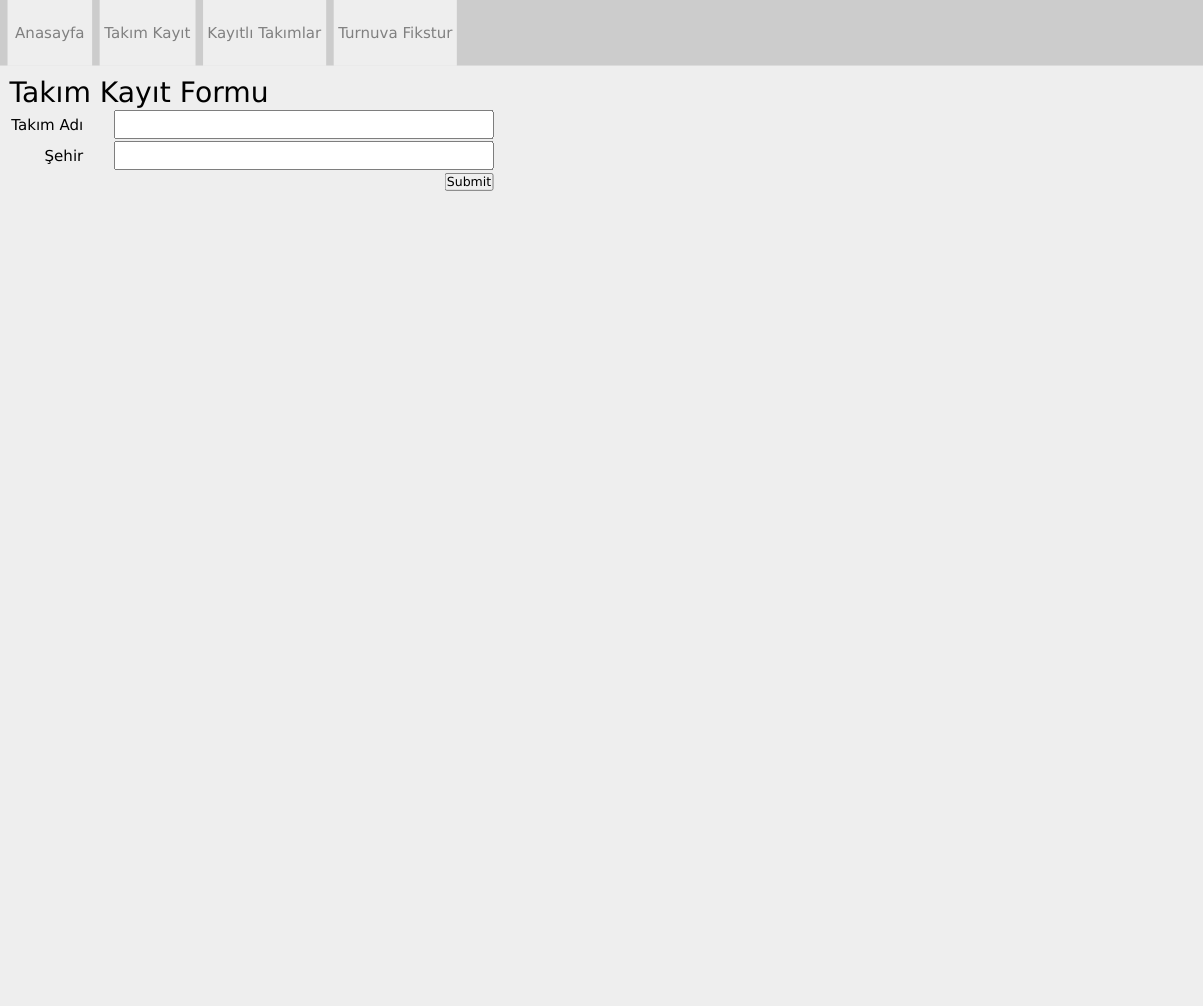
Repository: oktembaris77/internet_final
Page: http://localhost/internetfinal/takim_kayit.jsp
The author's editor kept a copy of each file at every save. The page is drawn from the files as they stood at one save, then again after the next save.
The browser window is 1280 px wide. The pictures show the whole page, at 94% of full size.
The page is served by Tomcat 9.

Above is the page before, as saved 2020-05-11 20:04:03.

After the next save:
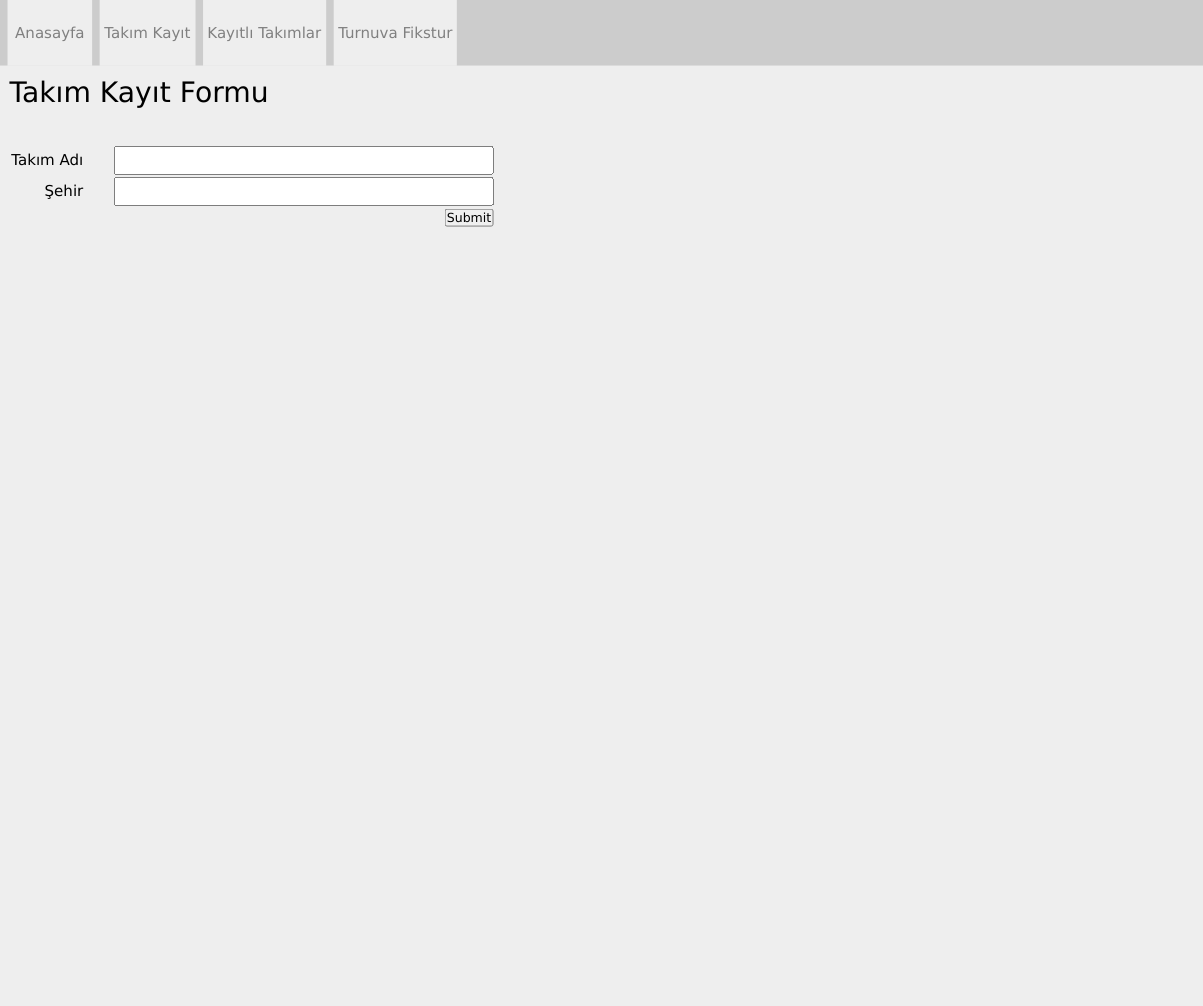
Saved 17 s later.
--- a/internetfinal/WebContent/takim_kayit.jsp
+++ b/internetfinal/WebContent/takim_kayit.jsp
@@ -85,7 +85,7 @@
 	</div>
 
 	<div id="icerik">
-	<p class="baslik">Takım Kayıt Formu</p>
+	<p class="baslik">Takım Kayıt Formu</p><br><br>
 		<form name="takimkayit" action="TakimKayitServlet" method="post">
 			<table>
 				<tr>
